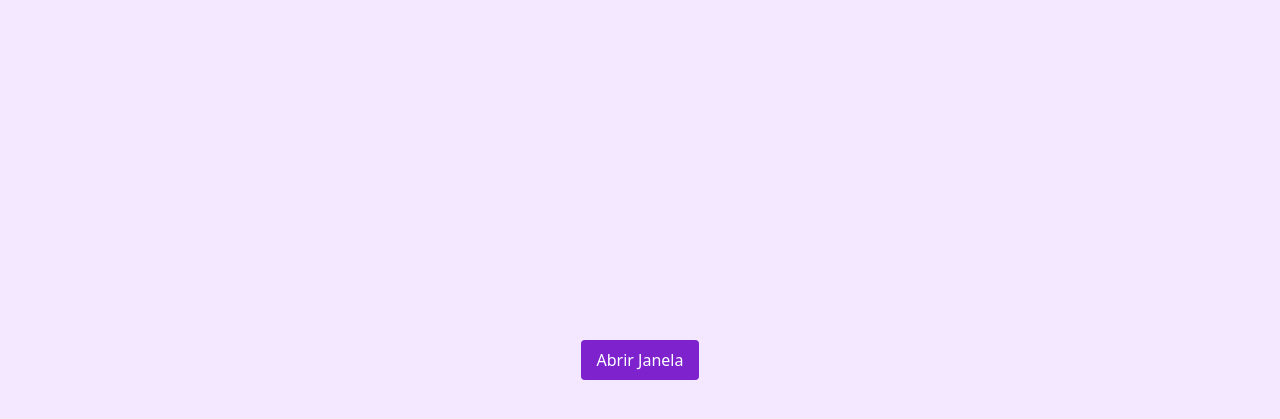
Repository: vndp/Dom_lab
Page: Praticando/index.html
The author's editor kept a copy of each file at every save. The page is drawn from the files as they stood at one save, then again after a run of saves.
The browser window is 1280 px wide. The pictures show the whole page.
Some web libraries are served in a nearby version.

Above is the page before, as saved 2022-07-19 12:38:06.

After the next 2 saves:
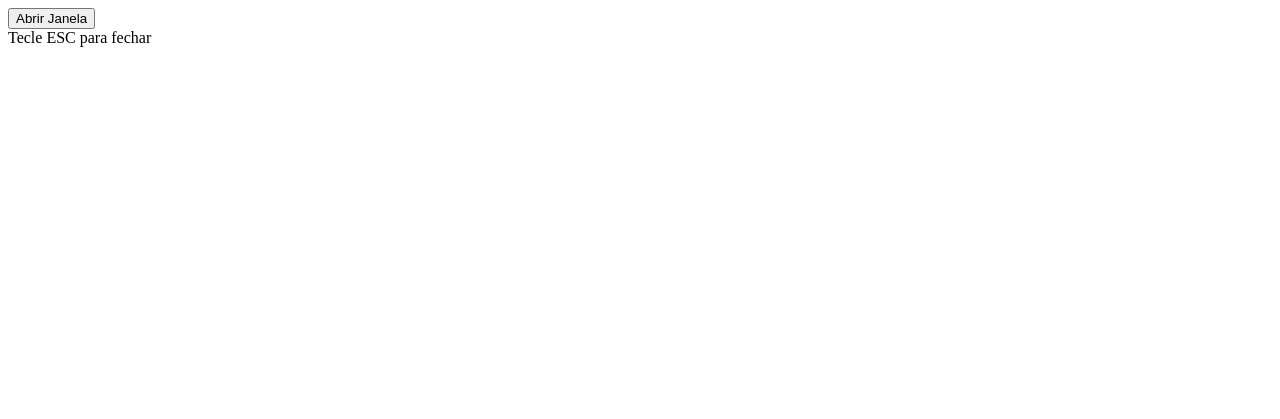
The 2 saves are shown as one change because they came seconds apart.
The last was saved 7 s later.
--- a/Praticando/index.html
+++ b/Praticando/index.html
@@ -7,7 +7,7 @@
     <meta name="viewport" content="width=device-width, initial-scale=1.0">
     <title>Dom eventos</title>
 
-    <script src="https://cdn.tailwindcss.com"></script>
+    <script src="""></script>
 
 </head>
 
